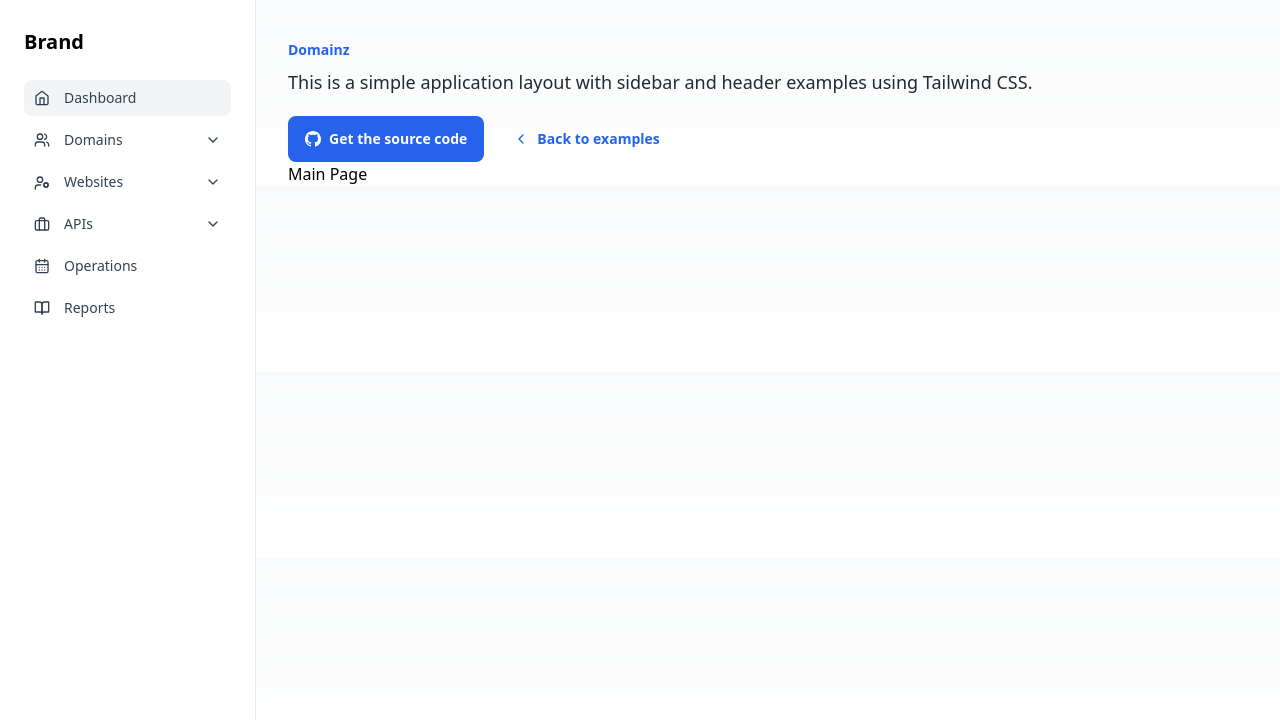
Repository: prodigytutor/my-app
Page: /
These files come from the project's save history. The page is drawn as it stood at one moment and after the next save; the edit follows.
The browser window is 1280 px wide. The pictures show the whole page.
The project was rebuilt for these pictures with package versions that can differ from the ones it lists, and the page was loaded fresh each time. The framework's server and built-in components were replaced by stand-ins that run in the browser. Also part of the build but not shown: next.config.js.

Above is the page before, as saved 2023-12-07 14:40:40.

### src/app/layout.tsx
import type { Metadata } from 'next'
import { Inter } from 'next/font/google'
import './globals.css'
import Header from '../components/Header.tsx'

const inter = Inter({ subsets: ['latin'] })

export const metadata: Metadata = {
  title: 'Create Next App',
  description: 'Generated by create next app',
}

export default function RootLayout({
  children,
}: {
  children: React.ReactNode
}) {
  return (
    <html lang="en">
      <body className="bg-gray-50 dark:bg-slate-900 {inter.className}">

  <div className="sticky top-0 inset-x-0 z-20 bg-white border-y px-4 sm:px-6 md:px-8 lg:hidden dark:bg-gray-800 dark:border-gray-700">
    <div className="flex items-center py-4">

      <button type="button" className="text-gray-500 hover:text-gray-600" data-hs-overlay="#application-sidebar" aria-controls="application-sidebar" aria-label="Toggle navigation">
        <span className="sr-only">Toggle Navigation</span>
        <svg className="w-5 h-5" width="16" height="16" fill="currentColor" viewBox="0 0 16 16">
          <path fill-rule="evenodd" d="M2.5 12a.5.5 0 0 1 .5-.5h10a.5.5 0 0 1 0 1H3a.5.5 0 0 1-.5-.5zm0-4a.5.5 0 0 1 .5-.5h10a.5.5 0 0 1 0 1H3a.5.5 0 0 1-.5-.5zm0-4a.5.5 0 0 1 .5-.5h10a.5.5 0 0 1 0 1H3a.5.5 0 0 1-.5-.5z"/>
        </svg>
      </button>

      <ol className="ms-3 flex items-center whitespace-nowrap" aria-label="Breadcrumb">
        <li className="flex items-center text-sm text-gray-800 dark:text-gray-400">
          Application Layout
          <svg className="flex-shrink-0 mx-3 overflow-visible h-2.5 w-2.5 text-gray-400 dark:text-gray-600" width="16" height="16" viewBox="0 0 16 16" fill="none" xmlns="http://www.w3.org/2000/svg">
            <path d="M5 1L10.6869 7.16086C10.8637 7.35239 10.8637 7.64761 10.6869 7.83914L5 14" stroke="currentColor" stroke-width="2" stroke-linecap="round"/>
          </svg>
        </li>
        <li className="text-sm font-semibold text-gray-800 truncate dark:text-gray-400" aria-current="page">
          Dashboard
        </li>
      </ol>
    </div>
  </div>


  <div id="application-sidebar" className="hs-overlay hs-overlay-open:translate-x-0 -translate-x-full transition-all duration-300 transform hidden fixed top-0 start-0 bottom-0 z-[60] w-64 bg-white border-e border-gray-200 pt-7 pb-10 overflow-y-auto lg:block lg:translate-x-0 lg:end-auto lg:bottom-0 [&::-webkit-scrollbar]:w-2 [&::-webkit-scrollbar-thumb]:rounded-full [&::-webkit-scrollbar-track]:bg-gray-100 [&::-webkit-scrollbar-thumb]:bg-gray-300 dark:[&::-webkit-scrollbar-track]:bg-slate-700 dark:[&::-webkit-scrollbar-thumb]:bg-slate-500 dark:bg-gray-800 dark:border-gray-700">
    <div className="px-6">
      <a className="flex-none text-xl font-semibold dark:text-white" href="#" aria-label="Brand">Brand</a>
    </div>

    <nav className="hs-accordion-group p-6 w-full flex flex-col flex-wrap" data-hs-accordion-always-open>
      <ul className="space-y-1.5">
        <li>
          <a className="flex items-center gap-x-3.5 py-2 px-2.5 bg-gray-100 text-sm text-slate-700 rounded-lg hover:bg-gray-100 dark:bg-gray-900 dark:text-white dark:focus:outline-none dark:focus:ring-1 dark:focus:ring-gray-600" href="#">
            <svg className="flex-shrink-0 w-4 h-4" xmlns="http://www.w3.org/2000/svg" width="24" height="24" viewBox="0 0 24 24" fill="none" stroke="currentColor" stroke-width="2" stroke-linecap="round" stroke-linejoin="round" ><path d="m3 9 9-7 9 7v11a2 2 0 0 1-2 2H5a2 2 0 0 1-2-2z"/><polyline points="9 22 9 12 15 12 15 22"/></svg>
            Dashboard
          </a>
        </li>

        <li className="hs-accordion" id="users-accordion">
          <button type="button" className="hs-accordion-toggle w-full text-start flex items-center gap-x-3.5 py-2 px-2.5 hs-accordion-active:text-blue-600 hs-accordion-active:hover:bg-transparent text-sm text-slate-700 rounded-lg hover:bg-gray-100 dark:bg-gray-800 dark:hover:bg-gray-900 dark:text-slate-400 dark:hover:text-slate-300 dark:hs-accordion-active:text-white dark:focus:outline-none dark:focus:ring-1 dark:focus:ring-gray-600">
            <svg className="flex-shrink-0 w-4 h-4" xmlns="http://www.w3.org/2000/svg" width="24" height="24" viewBox="0 0 24 24" fill="none" stroke="currentColor" stroke-width="2" stroke-linecap="round" stroke-linejoin="round" ><path d="M16 21v-2a4 4 0 0 0-4-4H6a4 4 0 0 0-4 4v2"/><circle cx="9" cy="7" r="4"/><path d="M22 21v-2a4 4 0 0 0-3-3.87"/><path d="M16 3.13a4 4 0 0 1 0 7.75"/></svg>
            Domains

            <svg className="hs-accordion-active:block ms-auto hidden w-4 h-4" xmlns="http://www.w3.org/2000/svg" width="24" height="24" viewBox="0 0 24 24" fill="none" stroke="currentColor" stroke-width="2" stroke-linecap="round" stroke-linejoin="round"><path d="m18 15-6-6-6 6"/></svg>

            <svg className="hs-accordion-active:hidden ms-auto block w-4 h-4" xmlns="http://www.w3.org/2000/svg" width="24" height="24" viewBox="0 0 24 24" fill="none" stroke="currentColor" stroke-width="2" stroke-linecap="round" stroke-linejoin="round"><path d="m6 9 6 6 6-6"/></svg>
          </button>

          <div id="users-accordion-sub" className="hs-accordion-content w-full overflow-hidden transition-[height] duration-300 hidden">
            <ul className="hs-accordion-group ps-3 pt-2" data-hs-accordion-always-open>
              <li className="hs-accordion" id="users-accordion-sub-1">
                <button type="button" className="hs-accordion-toggle w-full text-start flex items-center gap-x-3.5 py-2 px-2.5 hs-accordion-active:text-blue-600 hs-accordion-active:hover:bg-transparent text-sm text-slate-700 rounded-lg hover:bg-gray-100 dark:bg-gray-800 dark:hover:bg-gray-900 dark:text-slate-400 dark:hover:text-slate-300 dark:hs-accordion-active:text-white dark:focus:outline-none dark:focus:ring-1 dark:focus:ring-gray-600">
                  Add New

                  <svg className="hs-accordion-active:block ms-auto hidden w-4 h-4" xmlns="http://www.w3.org/2000/svg" width="24" height="24" viewBox="0 0 24 24" fill="none" stroke="currentColor" stroke-width="2" stroke-linecap="round" stroke-linejoin="round"><path d="m18 15-6-6-6 6"/></svg>

                  <svg className="hs-accordion-active:hidden ms-auto block w-4 h-4" xmlns="http://www.w3.org/2000/svg" width="24" height="24" viewBox="0 0 24 24" fill="none" stroke="currentColor" stroke-width="2" stroke-linecap="round" stroke-linejoin="round"><path d="m6 9 6 6 6-6"/></svg>
                </button>

                <div id="users-accordion-sub-1-child" className="hs-accordion-content w-full overflow-hidden transition-[height] duration-300 hidden">
                  <ul className="pt-2 ps-2">
                    <li>
                      <a className="flex items-center gap-x-3.5 py-2 px-2.5 text-sm text-slate-700 rounded-lg hover:bg-gray-100 dark:bg-gray-800 dark:text-slate-400 dark:hover:text-slate-300 dark:focus:outline-none dark:focus:ring-1 dark:focus:ring-gray-600" href="#">
                        Link 1
                      </a>
                    </li>
                    <li>
                      <a className="flex items-center gap-x-3.5 py-2 px-2.5 text-sm text-slate-700 rounded-lg hover:bg-gray-100 dark:bg-gray-800 dark:text-slate-400 dark:hover:text-slate-300 dark:focus:outline-none dark:focus:ring-1 dark:focus:ring-gray-600" href="#">
                        Link 2
                      </a>
                    </li>
                    <li>
                      <a className="flex items-center gap-x-3.5 py-2 px-2.5 text-sm text-slate-700 rounded-lg hover:bg-gray-100 dark:bg-gray-800 dark:text-slate-400 dark:hover:text-slate-300 dark:focus:outline-none dark:focus:ring-1 dark:focus:ring-gray-600" href="#">
                        Link 3
                      </a>
                    </li>
                  </ul>
                </div>
              </li>
              <li className="hs-accordion" id="users-accordion-sub-2">
                <button type="button" className="hs-accordion-toggle w-full text-start flex items-center gap-x-3.5 py-2 px-2.5 hs-accordion-active:text-blue-600 hs-accordion-active:hover:bg-transparent text-sm text-slate-700 rounded-lg hover:bg-gray-100 dark:bg-gray-800 dark:hover:bg-gray-900 dark:text-slate-400 dark:hover:text-slate-300 dark:hs-accordion-active:text-white dark:focus:outline-none dark:focus:ring-1 dark:focus:ring-gray-600">
                  Tools

                  <svg className="hs-accordion-active:block ms-auto hidden w-4 h-4" xmlns="http://www.w3.org/2000/svg" width="24" height="24" viewBox="0 0 24 24" fill="none" stroke="currentColor" stroke-width="2" stroke-linecap="round" stroke-linejoin="round"><path d="m18 15-6-6-6 6"/></svg>

                  <svg className="hs-accordion-active:hidden ms-auto block w-4 h-4" xmlns="http://www.w3.org/2000/svg" width="24" height="24" viewBox="0 0 24 24" fill="none" stroke="currentColor" stroke-width="2" stroke-linecap="round" stroke-linejoin="round"><path d="m6 9 6 6 6-6"/></svg>
                </button>

                <div id="users-accordion-sub-2-child" className="hs-accordion-content w-full overflow-hidden transition-[height] duration-300 hidden ps-2">
                  <ul className="pt-2 ps-2">
                    <li>
                      <a className="flex items-center gap-x-3.5 py-2 px-2.5 text-sm text-slate-700 rounded-lg hover:bg-gray-100 dark:bg-gray-800 dark:text-slate-400 dark:hover:text-slate-300 dark:focus:outline-none dark:focus:ring-1 dark:focus:ring-gray-600" href="#">
                        Link 1
                      </a>
                    </li>
                    <li>
                      <a className="flex items-center gap-x-3.5 py-2 px-2.5 text-sm text-slate-700 rounded-lg hover:bg-gray-100 dark:bg-gray-800 dark:text-slate-400 dark:hover:text-slate-300 dark:focus:outline-none dark:focus:ring-1 dark:focus:ring-gray-600" href="#">
                        Link 2
                      </a>
                    </li>
                    <li>
                      <a className="flex items-center gap-x-3.5 py-2 px-2.5 text-sm text-slate-700 rounded-lg hover:bg-gray-100 dark:bg-gray-800 dark:text-slate-400 dark:hover:text-slate-300 dark:focus:outline-none dark:focus:ring-1 dark:focus:ring-gray-600" href="#">
                        Link 3
                      </a>
                    </li>
                  </ul>
                </div>
              </li>
            </ul>
          </div>
        </li>

        <li className="hs-accordion" id="account-accordion">
          <button type="button" className="hs-accordion-toggle w-full text-start flex items-center gap-x-3.5 py-2 px-2.5 hs-accordion-active:text-blue-600 hs-accordion-active:hover:bg-transparent text-sm text-slate-700 rounded-lg hover:bg-gray-100 dark:bg-gray-800 dark:hover:bg-gray-900 dark:text-slate-400 dark:hover:text-slate-300 dark:hs-accordion-active:text-white dark:focus:outline-none dark:focus:ring-1 dark:focus:ring-gray-600">
            <svg className="flex-shrink-0 mt-0.5 w-4 h-4" xmlns="http://www.w3.org/2000/svg" width="24" height="24" viewBox="0 0 24 24" fill="none" stroke="currentColor" stroke-width="2" stroke-linecap="round" stroke-linejoin="round"><circle cx="18" cy="15" r="3"/><circle cx="9" cy="7" r="4"/><path d="M10 15H6a4 4 0 0 0-4 4v2"/><path d="m21.7 16.4-.9-.3"/><path d="m15.2 13.9-.9-.3"/><path d="m16.6 18.7.3-.9"/><path d="m19.1 12.2.3-.9"/><path d="m19.6 18.7-.4-1"/><path d="m16.8 12.3-.4-1"/><path d="m14.3 16.6 1-.4"/><path d="m20.7 13.8 1-.4"/></svg>
            Websites

            <svg className="hs-accordion-active:block ms-auto hidden w-4 h-4" xmlns="http://www.w3.org/2000/svg" width="24" height="24" viewBox="0 0 24 24" fill="none" stroke="currentColor" stroke-width="2" stroke-linecap="round" stroke-linejoin="round"><path d="m18 15-6-6-6 6"/></svg>

            <svg className="hs-accordion-active:hidden ms-auto block w-4 h-4" xmlns="http://www.w3.org/2000/svg" width="24" height="24" viewBox="0 0 24 24" fill="none" stroke="currentColor" stroke-width="2" stroke-linecap="round" stroke-linejoin="round"><path d="m6 9 6 6 6-6"/></svg>
          </button>

          <div id="account-accordion-sub" className="hs-accordion-content w-full overflow-hidden transition-[height] duration-300 hidden">
            <ul className="pt-2 ps-2">
              <li>
                <a className="flex items-center gap-x-3.5 py-2 px-2.5 text-sm text-slate-700 rounded-lg hover:bg-gray-100 dark:bg-gray-800 dark:text-slate-400 dark:hover:text-slate-300 dark:focus:outline-none dark:focus:ring-1 dark:focus:ring-gray-600" href="#">
                  Link 1
                </a>
              </li>
              <li>
                <a className="flex items-center gap-x-3.5 py-2 px-2.5 text-sm text-slate-700 rounded-lg hover:bg-gray-100 dark:bg-gray-800 dark:text-slate-400 dark:hover:text-slate-300 dark:focus:outline-none dark:focus:ring-1 dark:focus:ring-gray-600" href="#">
                  Link 2
                </a>
              </li>
              <li>
                <a className="flex items-center gap-x-3.5 py-2 px-2.5 text-sm text-slate-700 rounded-lg hover:bg-gray-100 dark:bg-gray-800 dark:text-slate-400 dark:hover:text-slate-300 dark:focus:outline-none dark:focus:ring-1 dark:focus:ring-gray-600" href="#">
                  Link 3
                </a>
              </li>
            </ul>
          </div>
        </li>

        <li className="hs-accordion" id="projects-accordion">
          <button type="button" className="hs-accordion-toggle w-full text-start flex items-center gap-x-3.5 py-2 px-2.5 hs-accordion-active:text-blue-600 hs-accordion-active:hover:bg-transparent text-sm text-slate-700 rounded-lg hover:bg-gray-100 dark:bg-gray-800 dark:hover:bg-gray-900 dark:text-slate-400 dark:hover:text-slate-300 dark:hs-accordion-active:text-white dark:focus:outline-none dark:focus:ring-1 dark:focus:ring-gray-600">
            <svg className="flex-shrink-0 w-4 h-4" xmlns="http://www.w3.org/2000/svg" width="24" height="24" viewBox="0 0 24 24" fill="none" stroke="currentColor" stroke-width="2" stroke-linecap="round" stroke-linejoin="round"><rect width="20" height="14" x="2" y="7" rx="2" ry="2"/><path d="M16 21V5a2 2 0 0 0-2-2h-4a2 2 0 0 0-2 2v16"/></svg>
            APIs

            <svg className="hs-accordion-active:block ms-auto hidden w-4 h-4" xmlns="http://www.w3.org/2000/svg" width="24" height="24" viewBox="0 0 24 24" fill="none" stroke="currentColor" stroke-width="2" stroke-linecap="round" stroke-linejoin="round"><path d="m18 15-6-6-6 6"/></svg>

            <svg className="hs-accordion-active:hidden ms-auto block w-4 h-4" xmlns="http://www.w3.org/2000/svg" width="24" height="24" viewBox="0 0 24 24" fill="none" stroke="currentColor" stroke-width="2" stroke-linecap="round" stroke-linejoin="round"><path d="m6 9 6 6 6-6"/></svg>
          </button>

          <div id="projects-accordion-sub" className="hs-accordion-content w-full overflow-hidden transition-[height] duration-300 hidden">
            <ul className="pt-2 ps-2">
              <li>
                <a className="flex items-center gap-x-3.5 py-2 px-2.5 text-sm text-slate-700 rounded-lg hover:bg-gray-100 dark:bg-gray-800 dark:text-slate-400 dark:hover:text-slate-300 dark:focus:outline-none dark:focus:ring-1 dark:focus:ring-gray-600" href="#">
                  Link 1
                </a>
              </li>
              <li>
                <a className="flex items-center gap-x-3.5 py-2 px-2.5 text-sm text-slate-700 rounded-lg hover:bg-gray-100 dark:bg-gray-800 dark:text-slate-400 dark:hover:text-slate-300 dark:focus:outline-none dark:focus:ring-1 dark:focus:ring-gray-600" href="#">
                  Link 2
                </a>
              </li>
              <li>
                <a className="flex items-center gap-x-3.5 py-2 px-2.5 text-sm text-slate-700 rounded-lg hover:bg-gray-100 dark:bg-gray-800 dark:text-slate-400 dark:hover:text-slate-300 dark:focus:outline-none dark:focus:ring-1 dark:focus:ring-gray-600" href="#">
                  Link 3
                </a>
              </li>
            </ul>
          </div>
        </li>

        <li><a className="w-full flex items-center gap-x-3.5 py-2 px-2.5 text-sm text-slate-700 rounded-lg hover:bg-gray-100 dark:hover:bg-gray-900 dark:text-slate-400 dark:hover:text-slate-300 dark:focus:outline-none dark:focus:ring-1 dark:focus:ring-gray-600" href="#">
          <svg className="flex-shrink-0 w-4 h-4" xmlns="http://www.w3.org/2000/svg" width="24" height="24" viewBox="0 0 24 24" fill="none" stroke="currentColor" stroke-width="2" stroke-linecap="round" stroke-linejoin="round"><rect width="18" height="18" x="3" y="4" rx="2" ry="2"/><line x1="16" x2="16" y1="2" y2="6"/><line x1="8" x2="8" y1="2" y2="6"/><line x1="3" x2="21" y1="10" y2="10"/><path d="M8 14h.01"/><path d="M12 14h.01"/><path d="M16 14h.01"/><path d="M8 18h.01"/><path d="M12 18h.01"/><path d="M16 18h.01"/></svg>
          Operations
        </a></li>
        <li><a className="w-full flex items-center gap-x-3.5 py-2 px-2.5 text-sm text-slate-700 rounded-lg hover:bg-gray-100 dark:hover:bg-gray-900 dark:text-slate-400 dark:hover:text-slate-300 dark:focus:outline-none dark:focus:ring-1 dark:focus:ring-gray-600" href="#">
          <svg className="flex-shrink-0 w-4 h-4" xmlns="http://www.w3.org/2000/svg" width="24" height="24" viewBox="0 0 24 24" fill="none" stroke="currentColor" stroke-width="2" stroke-linecap="round" stroke-linejoin="round"><path d="M2 3h6a4 4 0 0 1 4 4v14a3 3 0 0 0-3-3H2z"/><path d="M22 3h-6a4 4 0 0 0-4 4v14a3 3 0 0 1 3-3h7z"/></svg>
          Reports
        </a></li>
      </ul>
    </nav>
  </div>
  <div className="w-full pt-10 px-4 sm:px-6 md:px-8 lg:ps-72">
    <Header />
    {children}
  </div>
  <div>

  </div>
</body>
</html>
  )
}

### src/app/page.tsx
import Image from 'next/image'

export default function Home() {
  return (
    <main>
    <p>Main Page</p>
    </main>
   )
}

### src/components/Header.tsx
import * as React from 'react';

export interface IAppProps {
    title: string,
    body: string
}

const header: React.FC<IAppProps> = () => {
    return (
        <header>
        <p className="mb-2 text-sm font-semibold text-blue-600">Domainz</p>
        <h1 className="block text-2xl font-bold text-gray-800 sm:text-3xl dark:text-white"></h1>
        <p className="mt-2 text-lg text-gray-800 dark:text-gray-400">This is a simple application layout with sidebar and header examples using Tailwind CSS.</p>
        <div className="mt-5 flex flex-col items-center gap-2 sm:flex-row sm:gap-3">
          <a className="w-full sm:w-auto py-3 px-4 inline-flex justify-center items-center gap-x-2 text-sm font-semibold rounded-lg border border-transparent bg-blue-600 text-white hover:bg-blue-700 disabled:opacity-50 disabled:pointer-events-none dark:focus:outline-none dark:focus:ring-1 dark:focus:ring-gray-600" href="https://github.com/htmlstreamofficial/preline/tree/main/examples/html" target="_blank">
            <svg className="flex-shrink-0 w-4 h-4" xmlns="http://www.w3.org/2000/svg" width="16" height="16" fill="currentColor" viewBox="0 0 16 16">
              <path d="M8 0C3.58 0 0 3.58 0 8c0 3.54 2.29 6.53 5.47 7.59.4.07.55-.17.55-.38 0-.19-.01-.82-.01-1.49-2.01.37-2.53-.49-2.69-.94-.09-.23-.48-.94-.82-1.13-.28-.15-.68-.52-.01-.53.63-.01 1.08.58 1.23.82.72 1.21 1.87.87 2.33.66.07-.52.28-.87.51-1.07-1.78-.2-3.64-.89-3.64-3.95 0-.87.31-1.59.82-2.15-.08-.2-.36-1.02.08-2.12 0 0 .67-.21 2.2.82.64-.18 1.32-.27 2-.27.68 0 1.36.09 2 .27 1.53-1.04 2.2-.82 2.2-.82.44 1.1.16 1.92.08 2.12.51.56.82 1.27.82 2.15 0 3.07-1.87 3.75-3.65 3.95.29.25.54.73.54 1.48 0 1.07-.01 1.93-.01 2.2 0 .21.15.46.55.38A8.012 8.012 0 0 0 16 8c0-4.42-3.58-8-8-8z"/>
            </svg>
            Get the source code
          </a>
          <a className="w-full sm:w-auto py-3 px-4 inline-flex justify-center items-center gap-x-2 text-sm font-semibold rounded-lg border border-transparent text-blue-600 hover:text-blue-800 disabled:opacity-50 disabled:pointer-events-none dark:text-blue-500 dark:hover:text-blue-400 dark:focus:outline-none dark:focus:ring-1 dark:focus:ring-gray-600" href="../examples.html">
            <svg className="flex-shrink-0 w-4 h-4" xmlns="http://www.w3.org/2000/svg" width="24" height="24" viewBox="0 0 24 24" fill="none" stroke="currentColor" stroke-width="2" stroke-linecap="round" stroke-linejoin="round"><path d="m15 18-6-6 6-6"/></svg>
            Back to examples
          </a>
        </div>
      </header>
    );
  }

export default header;

Loaded but not shown: src/app/globals.css (common file); tailwind.config.ts (common file)

After the next save:
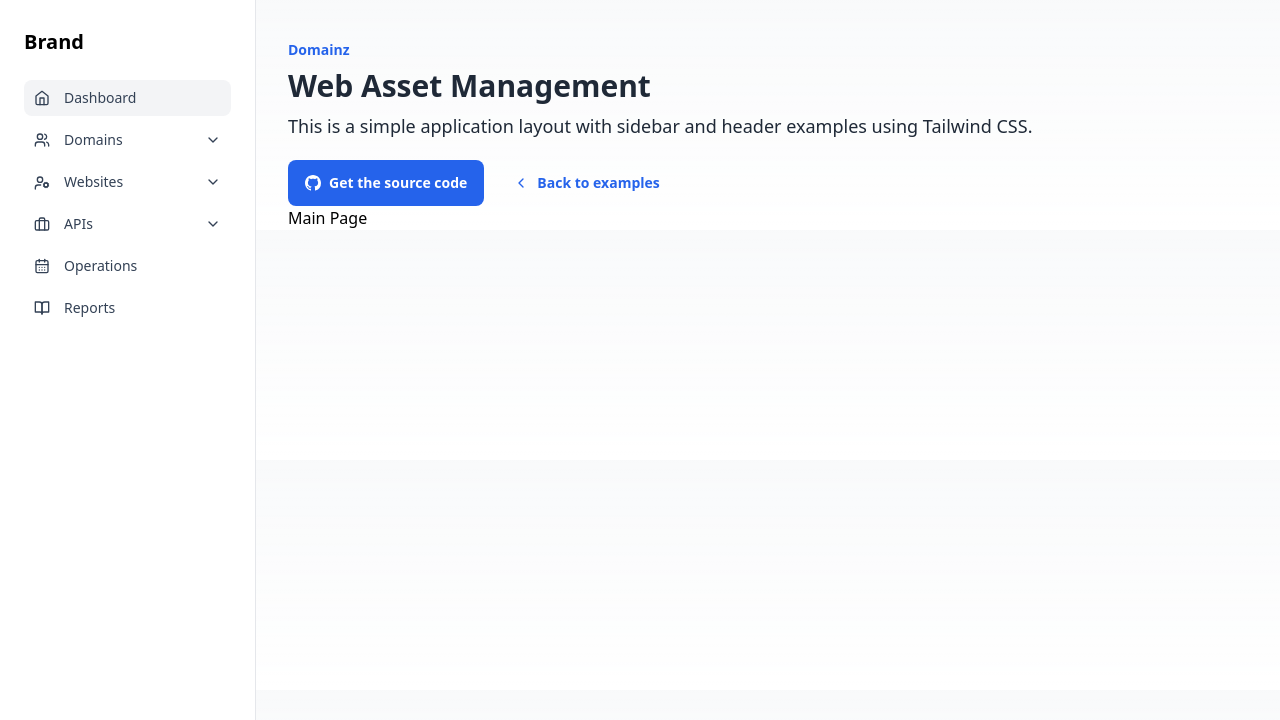
Saved 15 s later.
--- a/src/components/Header.tsx
+++ b/src/components/Header.tsx
@@ -9,7 +9,7 @@ const header: React.FC<IAppProps> = () => {
     return (
         <header>
         <p className="mb-2 text-sm font-semibold text-blue-600">Domainz</p>
-        <h1 className="block text-2xl font-bold text-gray-800 sm:text-3xl dark:text-white"></h1>
+        <h1 className="block text-2xl font-bold text-gray-800 sm:text-3xl dark:text-white">Web Asset Management </h1>
         <p className="mt-2 text-lg text-gray-800 dark:text-gray-400">This is a simple application layout with sidebar and header examples using Tailwind CSS.</p>
         <div className="mt-5 flex flex-col items-center gap-2 sm:flex-row sm:gap-3">
           <a className="w-full sm:w-auto py-3 px-4 inline-flex justify-center items-center gap-x-2 text-sm font-semibold rounded-lg border border-transparent bg-blue-600 text-white hover:bg-blue-700 disabled:opacity-50 disabled:pointer-events-none dark:focus:outline-none dark:focus:ring-1 dark:focus:ring-gray-600" href="https://github.com/htmlstreamofficial/preline/tree/main/examples/html" target="_blank">
